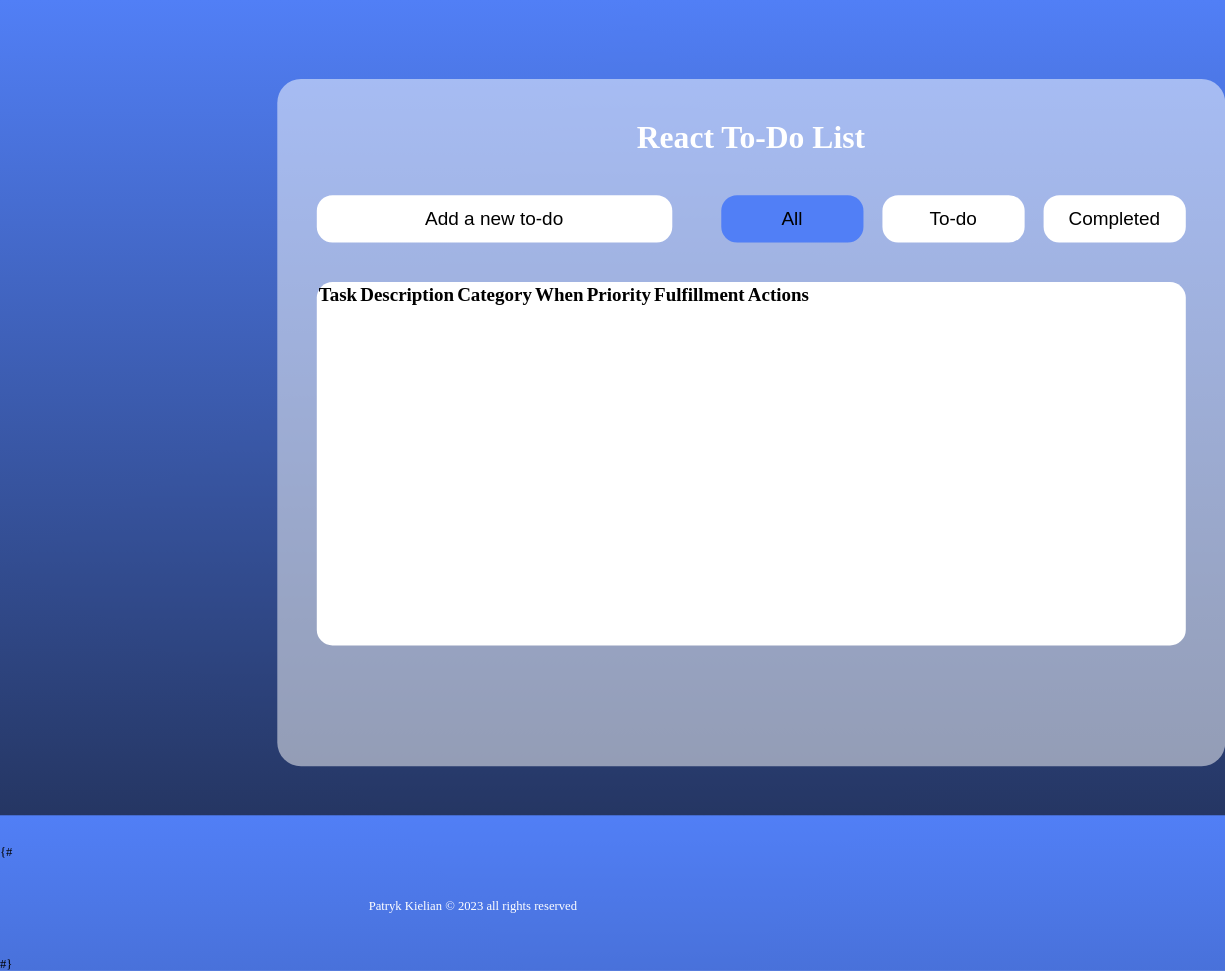
Repository: mirajane2/maquette-todo
Page: index.html
The author's editor kept a copy of each file at every save. The page is drawn from the files as they stood at one save, then again after the next save.
The browser window is 1280 px wide. The page is 1551 px wide, so the pictures cover 1551 px, including what lies to the right of the window. The pictures show the whole page, at 79% of full size.
The page's requests for data from a server got no answer.

Above is the page before, as saved 2024-11-18 11:49:25.

### index.html
<!DOCTYPE html>
<html lang="fr">
<head>
    <meta charset="UTF-8">
    <meta name="viewport" content="width=device-width, initial-scale=1.0">
    <link rel="stylesheet" href="index.css">
    <title>Maquette Figma</title>
</head>
<body>
    <div class="container">
        <div class="content">
            <h1 class="titre">React To-Do List</h1>
            <div class="control">
                <button class="taches" id="formulaire"> Add a new to-do</button>
                <div class="choix_selection">
                    <button class="show">All</button>
                    <button class="options">To-do</button>
                    <button class="options">Completed</button>
                </div>
            </div>
            <div class="table">
                <table>
                    <thead>
                        <tr>
                            <th>Task</th>
                            <th>Description</th>
                            <th>Category</th>
                            <th>When</th>
                            <th>Priority</th>
                            <th>Fulfillment</th>
                            <th>Actions</th>
                        </tr>
                    </thead>
                    <tbody class="valeur" id="taskList">

                    </tbody>
                </table>
            </div>
        </div>
        {# <footer>
            <p>Patryk Kielian © 2023 all rights reserved</p>
        </footer> #}
    </div>


    <div class="form-container" style="display: none">
        <div class ="modal-content">
            <div class="content">
                <h1 class="titre">React To-Do List</h1>
                <div class="form">
                    <h2 class="titre1"> Add a new todo : </h2>
                    <div class="data">
                        <div class="data-colonne">
                            <div class="champs">
                                <label> Name :</label>
                                <input type="text" id="name" placeholder="name for the task you're going to do">
                            </div>

                            <div class="champs">
                                <label> Description :</label>
                                <textarea id="description" placeholder="a short description of the task, can be omitted"></textarea>
                            </div>

                            <div class="champs">
                                <label> Category :</label>
                                <input type="text" id="category" placeholder="e.g housewold, school, work">
                            </div>

                            <div class="champs">
                                <label> Date :</label>
                                <input type="date" id="taskDate">
                            </div>

                            <div class="champs">
                                <label> Time :</label>
                                <input type="time" id="taskTime">
                            </div>

                        </div>
                        <div class="data-colonne">
                            <div class="champs">
                                <label> Priority :</label>
                                <select name="priority" id="taskPriority">
                                    <option value="high">High</option>
                                    <option value="medium">Medium</option>
                                    <option value="low">Low</option>
                                </select>
                            </div>

                            <div class="champs">
                                <label> Fulfillment :</label>
                                <input type="range" id="taskFulfillment" min="0" max="100">
                            </div>

                            <div class="button">
                                <button id="enregistrer">Save</button>
                                <button id="supprimer">Cancel</button>
                            </div>

                        </div>
                        <script src="script.js"></script>
                    </div>
                </div>
            </div>
            <footer>
                <p>Patryk Kielian © 2023 all rights reserved</p>
            </footer>
        </div>
    </div>
</body>
</html>

### index.css
html{
    min-height: 100vh;
    background: linear-gradient(180deg, #517FF6, #253663);
}
body{
    padding: 0;
    margin: 0;
}

.container {
    width: 1197px;
    height: 932px;
}

.content{
    width: 1100px;
    height: 770px;
    background-color: #FFFFFF80;
    border-radius: 30px;
    margin: 100px 350.500px;
    padding: 50px;
}
.titre{
    color: #FFFFFF;
    text-align: center;
    font-weight: 700px;
    font-size: 40px;
    margin: 0 auto;
}

.control{
    flex-direction: row;
    display: flex;
    justify-content: space-between;
    margin: 50px 0;
}

.taches{
    font-size: 24px;
    font-weight: 400px;
    height: 60px;
    width: 450px;
    border-radius: 20px;
    border: none;
    background-color: #FFFFFF;

}

.show{
    background-color: #517FF6;
    border-radius: 20px;
    width: 180px;
    height: 60px;
    font-size: 24px;
    margin-left: 20px;
    padding: 0;
    border: none;
}

.options{
    background-color: #FFFFFF;
    width: 180px;
    height: 60px;
    border-radius: 20px;
    font-size: 24px;
    border: none;
    margin-left: 20px;
}

.table{
    background-color: #FFFFFF;
    width: 1100px;
    height: 460px;
    border-radius: 20px;
    border: none;
    font-size: 24px;
}

footer{
    font-size: 16px;
    text-align: center;
    font-weight: 400px;
    width: 275px;
    height: 23px;
    color: #FFFFFF;
    margin: 50px auto;
}

thead{
    text-align: center;

}
.form{
    background-color: #FFFFFF;
    border-radius: 20px;
    border: none;
    margin: 0 auto;
    padding: 30px 50px 0;
    top: 150px;
    left: 0;
    right: 0;
}

h2 {
    font-size: 32px;
    padding: 0;
    margin: 0;
    border: 0;
}

.data {
    grid-template-columns: 1fr 1fr;
    column-gap: 50px;
    margin-top: 30px;
    display: grid;
}

.data-colonne{
    flex-direction: column;
    justify-content: space-between;
    display: flex;
}

.champs{
    flex-direction: row;
    justify-content: space-between;
    margin-bottom: 30px;
    display: flex;
}

.form input, .form select, .form textarea{
    width: 330px;
    border-radius: 0;
    padding: 5px;
    font-size: 1rem;
}

.form label {
    font-size: 24px;
}

.button {
    grid-template-columns: 1fr 1fr;
    column-gap: 50px;
    margin-bottom: 30px;
    display: grid;
}

#enregistrer{
    border-radius: 20px;
    background-color: #517FF6;
    width: 215px;
    height: 60px;
}

#supprimer{
    border-radius: 20px;;
    width: 215px;
    height: 60px;
}

### script.js
const form = document.getElementById('formulaire');
const formContainer = document.querySelector('.form-container');
const main = document.querySelector('.container');
const save = document.getElementById('enregistrer');
const suppr = document.getElementById('supprimer');
const table = document.querySelector('.valeur');
const taskList = document.getElementById('taskList');

let edition = false;
let editingRow = null;


form.addEventListener('click', () => {
    main.style.display = 'none';
    formContainer.style.display = 'flex';
    edition = false;
});

suppr.addEventListener('click', () => {
    formContainer.style.display = 'none';
    main.style.display = 'block';
    clearForm();
});

save.addEventListener('click', () => {
    const name = document.getElementById('name').value;
    const description = document.getElementById('description').value;
    const category = document.getElementById('category').value;
    const date = document.getElementById('taskDate').value;
    const time = document.getElementById('taskTime').value;
    const priority = document.getElementById('taskPriority').value;
    const fulfillment = document.getElementById('taskFulfillment').value;

    if (name.trim() === '') {
        alert('Please enter a task name.');
        return;
    }
    if (edition && editingRow) {

        editingRow.cells[0].textContent = name;
        editingRow.cells[1].textContent = description;
        editingRow.cells[2].textContent = category;
        editingRow.cells[3].textContent = `${date} ${time}`;
        editingRow.cells[4].textContent = priority;
        editingRow.cells[5].textContent = `${fulfillment}%`;
        edition = false;
        editingRow = null;
    }
    else {
        const newRow = document.createElement('tr');
        newRow.innerHTML = `
        <th>${name}</th>
        <th>${description}</th>
        <th>${category}</th>
        <th>${date} ${time}</th>
        <th>${priority}</th>
        <th>${fulfillment}%</th>
        <th>
            <button class="edit">Edit</button>
            <button class="delete">Delete</button>
        </th>
    `;
    table.appendChild(newRow);
    }


    formContainer.style.display = 'none';
    main.style.display = 'block';
    clearForm();
});

function clearForm() {
    document.getElementById('name').value = '';
    document.getElementById('description').value = '';
    document.getElementById('category').value = '';
    document.getElementById('taskDate').value = '';
    document.getElementById('taskTime').value = '';
    document.getElementById('taskPriority').value = 'medium';
    document.getElementById('taskFulfillment').value = '0';
}

table.addEventListener('click', (event) => {
    if (event.target.classList.contains('delete')) {
        event.target.closest('tr').remove();
    }
});

table.addEventListener('click', (event) => {
    if(event.target.classList.contains('edit')) {
        const row = event.target.closest('tr');
        const cells = row.children;
        document.getElementById('name').value = cells[0].textContent;
        document.getElementById('description').value = cells[1].textContent;
        document.getElementById('category').value = cells[2].textContent;
        document.getElementById('taskDate').value = cells[3].textContent.split(' ')[0];
        document.getElementById('taskTime').value = cells[3].textContent.split(' ')[1] || '';
        document.getElementById('taskPriority').value = cells[4].textContent.toLowerCase();
        document.getElementById('taskFulfillment').value = cells[5].textContent.replace('%', '');

        edition = true;
        editingRow = row;

        main.style.display = 'none';
        formContainer.style.display = 'flex';
    }

})
async function fetchAndDisplayTasks() {
    try {
        const response = await fetch('http://localhost:3000/tasks');
        if (!response.ok) {
            throw new Error('Network response was not ok');
        }
        const tasks = await response.json();

        taskList.innerHTML = '';

        tasks.forEach(task => {
            const newRow = document.createElement('tr');
            newRow.innerHTML = `
                <th>${task.name}</th>
                <th>${task.description}</th>
                <th>${task.category}</th>
                <th>${task.date} ${task.time}</th>
                <th>${task.priority}</th>
                <th>${task.fulfillment}%</th>
                <th>
                    <button class="edit">Edit</button>
                    <button class="delete">Delete</button>
                </th>
            `;
            taskList.appendChild(newRow);
        });
    } catch (error) {
        console.error('Error fetching tasks:', error);
    }
}

fetchAndDisplayTasks();

After the next save:
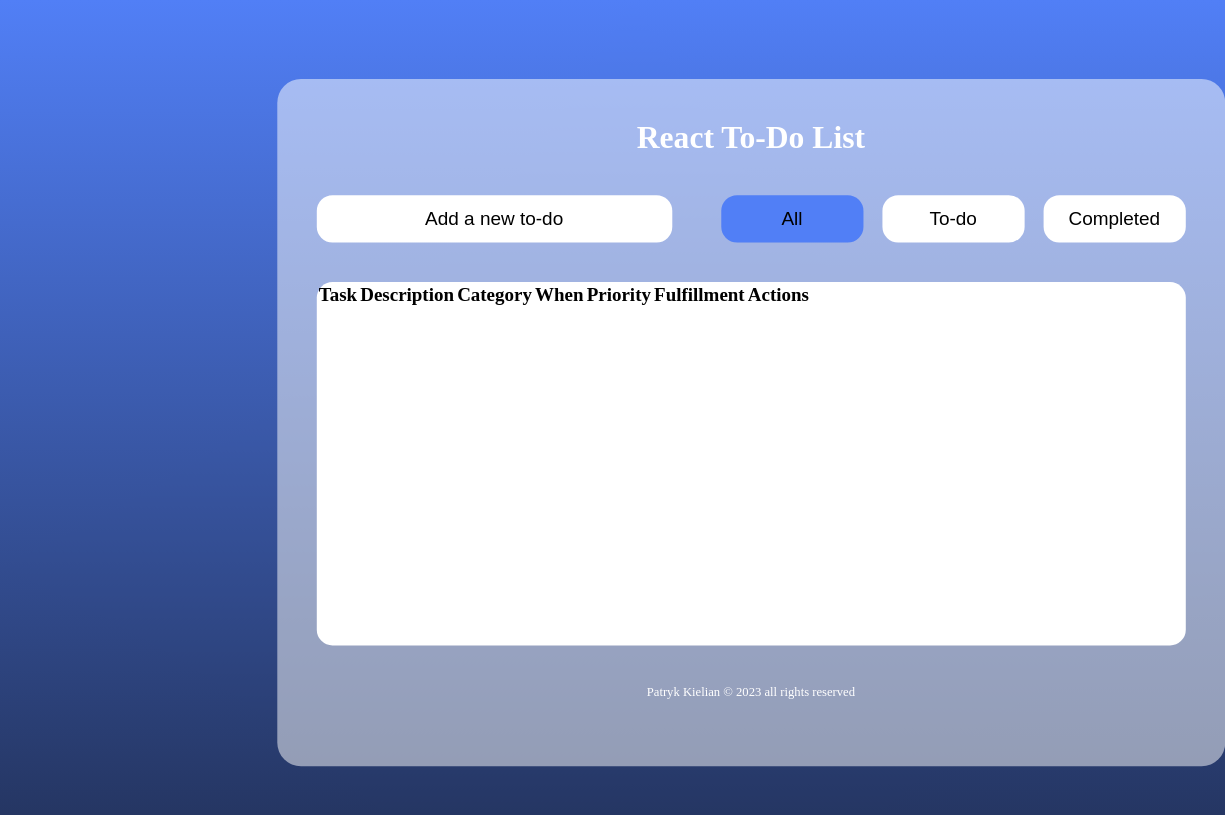
Saved 27 s later.
--- a/index.html
+++ b/index.html
@@ -36,10 +36,11 @@
                     </tbody>
                 </table>
             </div>
+            <footer>
+                <p>Patryk Kielian © 2023 all rights reserved</p>
+            </footer>
         </div>
-        {# <footer>
-            <p>Patryk Kielian © 2023 all rights reserved</p>
-        </footer> #}
+
     </div>
 
 
